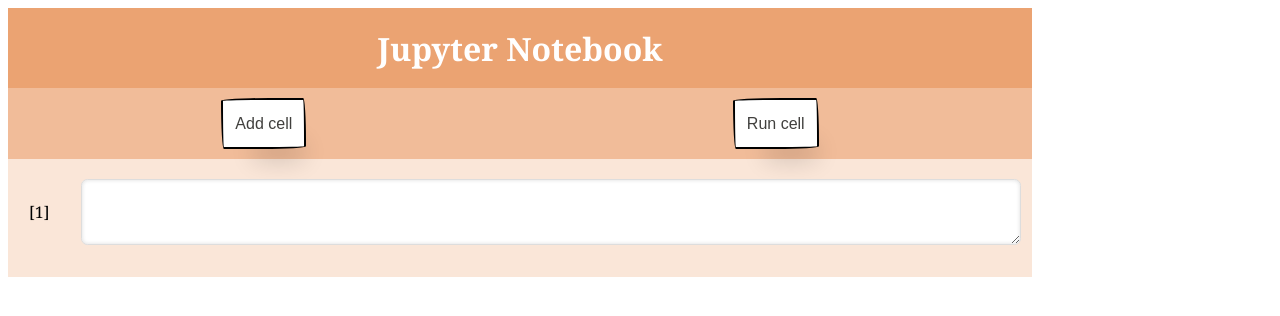
Repository: lingzi-liu/jupyter_notebook_prototype
Page: http://localhost/
The author's editor kept a copy of each file at every save. The page is drawn from the files as they stood at one save, then again after the next save.
The browser window is 1280 px wide. The pictures show the whole page.
The page is served by the project's application, run on Flask 3 (app.py).

Above is the page before, as saved 2022-11-13 12:15:53.

After the next save:
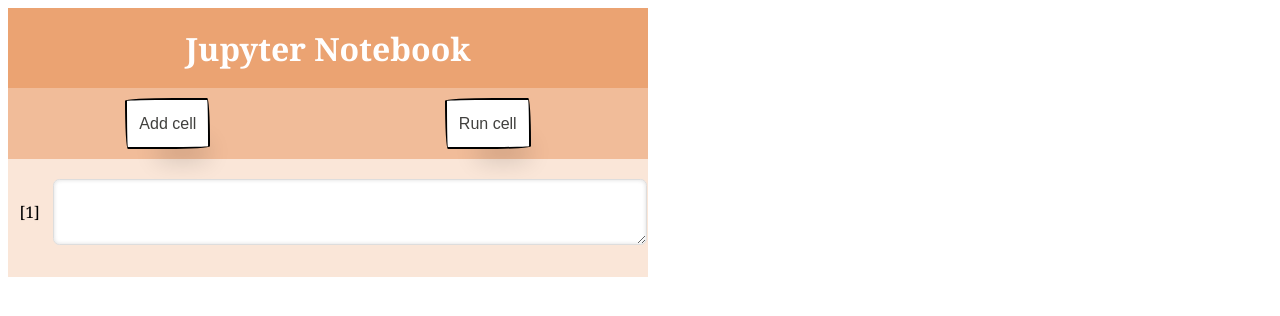
Saved 7 s later.
--- a/static/styles/style.css
+++ b/static/styles/style.css
@@ -1,5 +1,5 @@
 body {
-  max-width: 80%;
+  max-width: 50%;
 }
 
 #nav {
